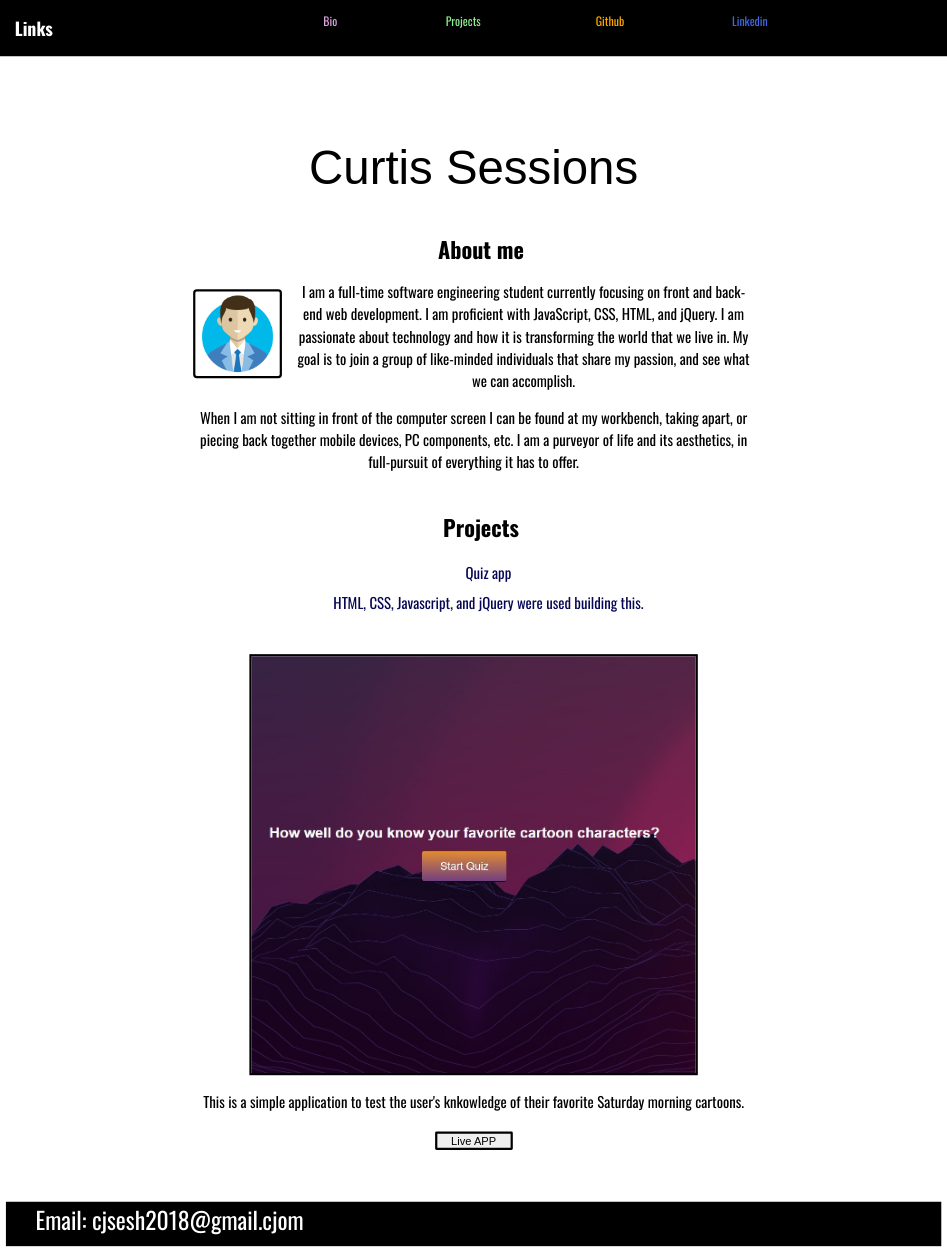
Repository: cjsesh00/NewProfile
Page: index.html
These files come from the project's save history. The page is drawn as it stood at one moment and after the next save; the edit follows.
The browser window is 1280 px wide. The pictures show the whole page, at 74% of full size.
Some web fonts or font styles are not loaded; a fallback is used. Some web libraries are served in a nearby version.

Above is the page before, as saved 2020-03-08 17:55:25.
Not found: scripts/index.js

After the next save:
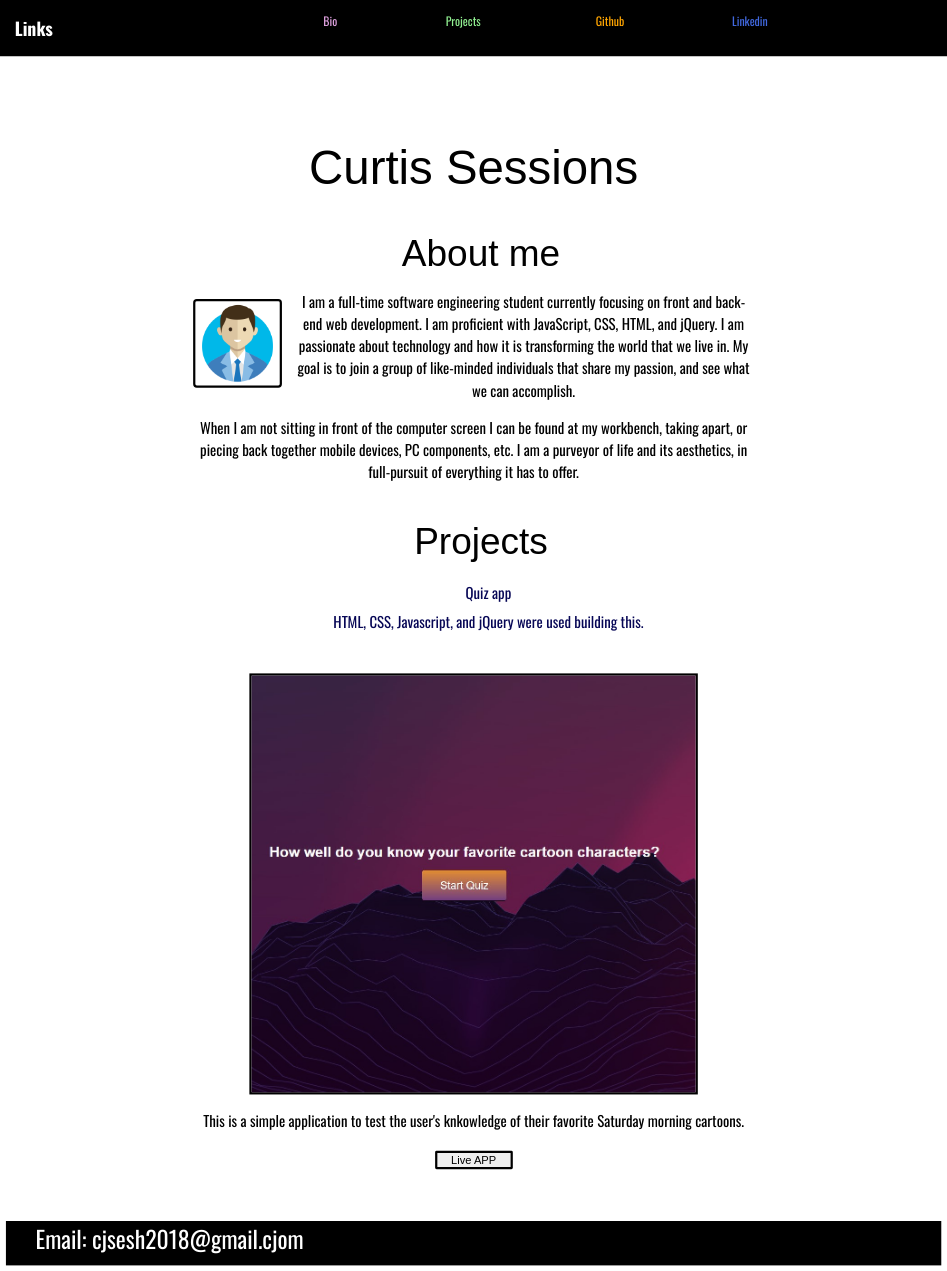
Saved 115 s later.
--- a/main.css
+++ b/main.css
@@ -152,6 +152,10 @@
   .section-header{
     display: inline;
     text-align: center;
+    font-family: neon-stream, sans-serif;
+    font-weight: 400;
+    font-style: normal;
+    font-size: 2.5em;
   }
 
   nav{

After the save that followed:
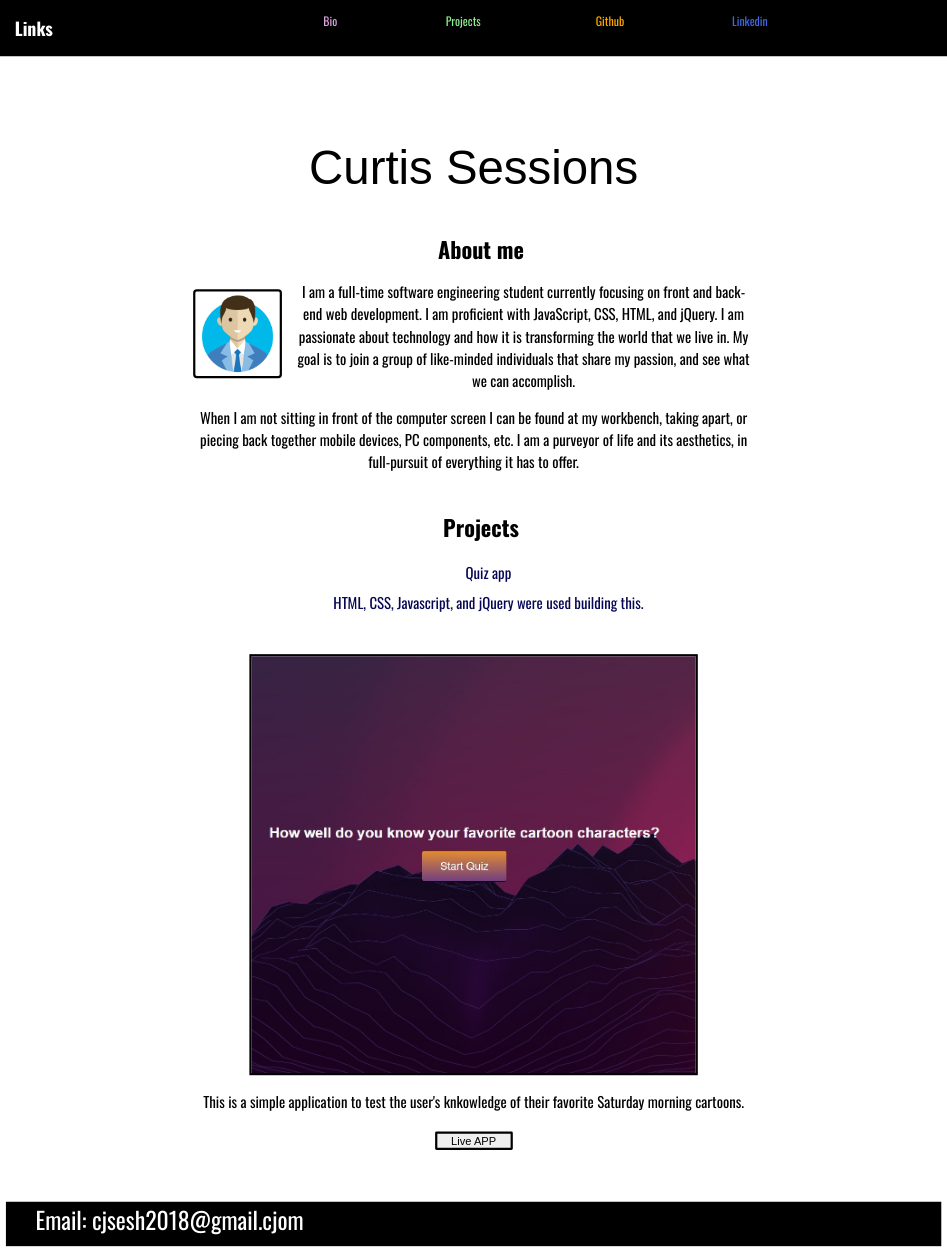
Saved 33 s later.
--- a/main.css
+++ b/main.css
@@ -152,10 +152,7 @@
   .section-header{
     display: inline;
     text-align: center;
-    font-family: neon-stream, sans-serif;
-    font-weight: 400;
-    font-style: normal;
-    font-size: 2.5em;
+
   }
 
   nav{
